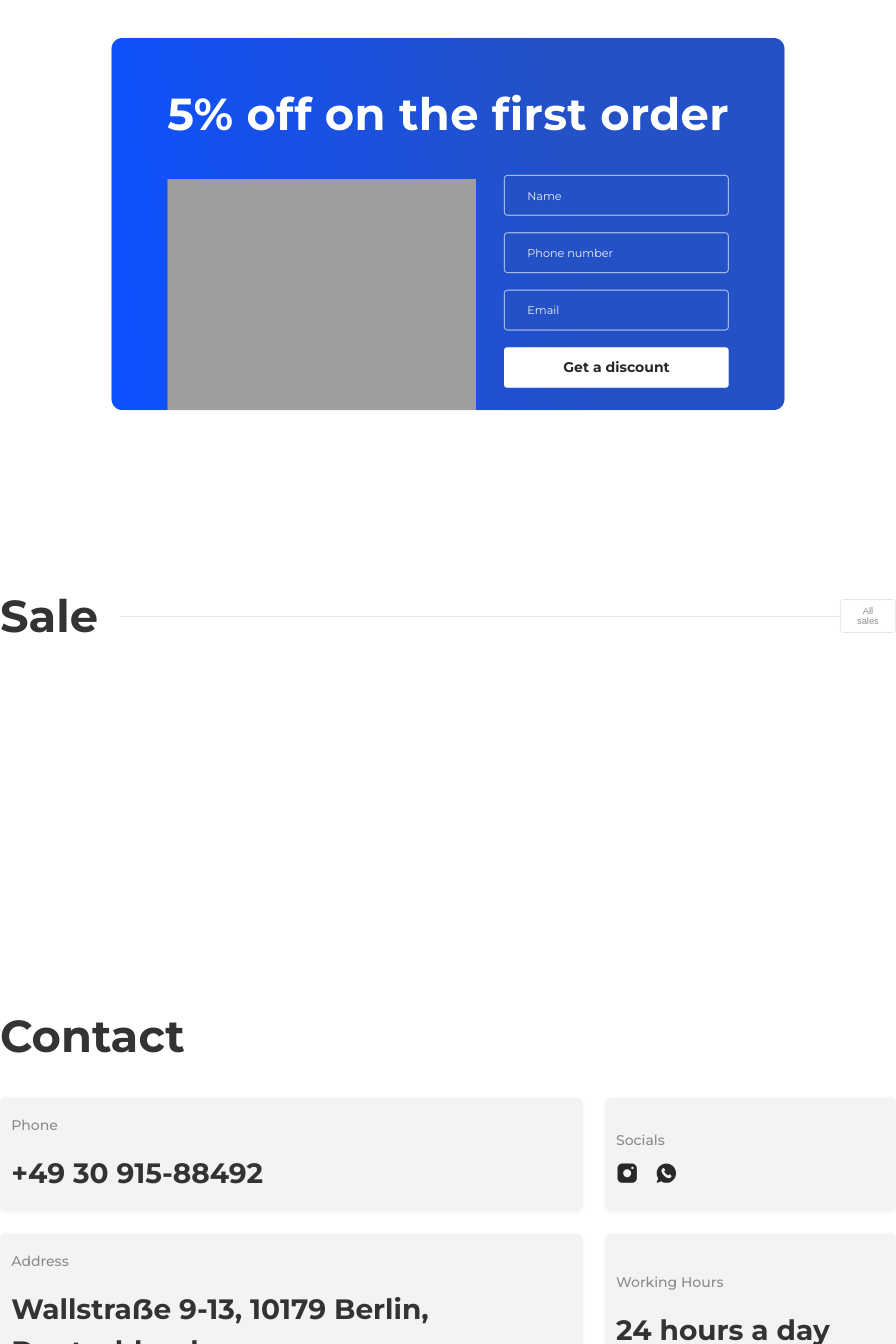
Repository: jursylian/PET-INTERNET-SHOP-PROJECT
Page: /
These files come from the project's save history. The page is drawn as it stood at one moment and after the next save; the edit follows.
The browser window is 1280 px wide. The pictures show the part of the page from y = 1480 to 3400 px (the page is 3856 px tall before and 3881 px after), at 70% of full size.
Pictures or frames that could not be fetched are drawn as grey boxes. The page's requests for data from a server got no answer. The project was rebuilt for these pictures with package versions that can differ from the ones it lists, and the page was loaded fresh each time. No one was signed in, and anything a server would have sent is missing. Also part of the build but not shown: vite.config.js, src/pages/CategoriesAll/CategoriesAll.module.css, src/layouts/PageSection/PageSection.module.css, src/layouts/PageSection/PageSection.jsx, src/pages/CategoriesAll/CategoriesAll.jsx, src/redux/productsSelectors.js, src/components/ProductFilter/ProductFilter.module.css, src/components/ProductFilter/ProductFilter.jsx and 22 more.

Above is the page before, as saved 2025-11-06 18:25:47.

After the next save:
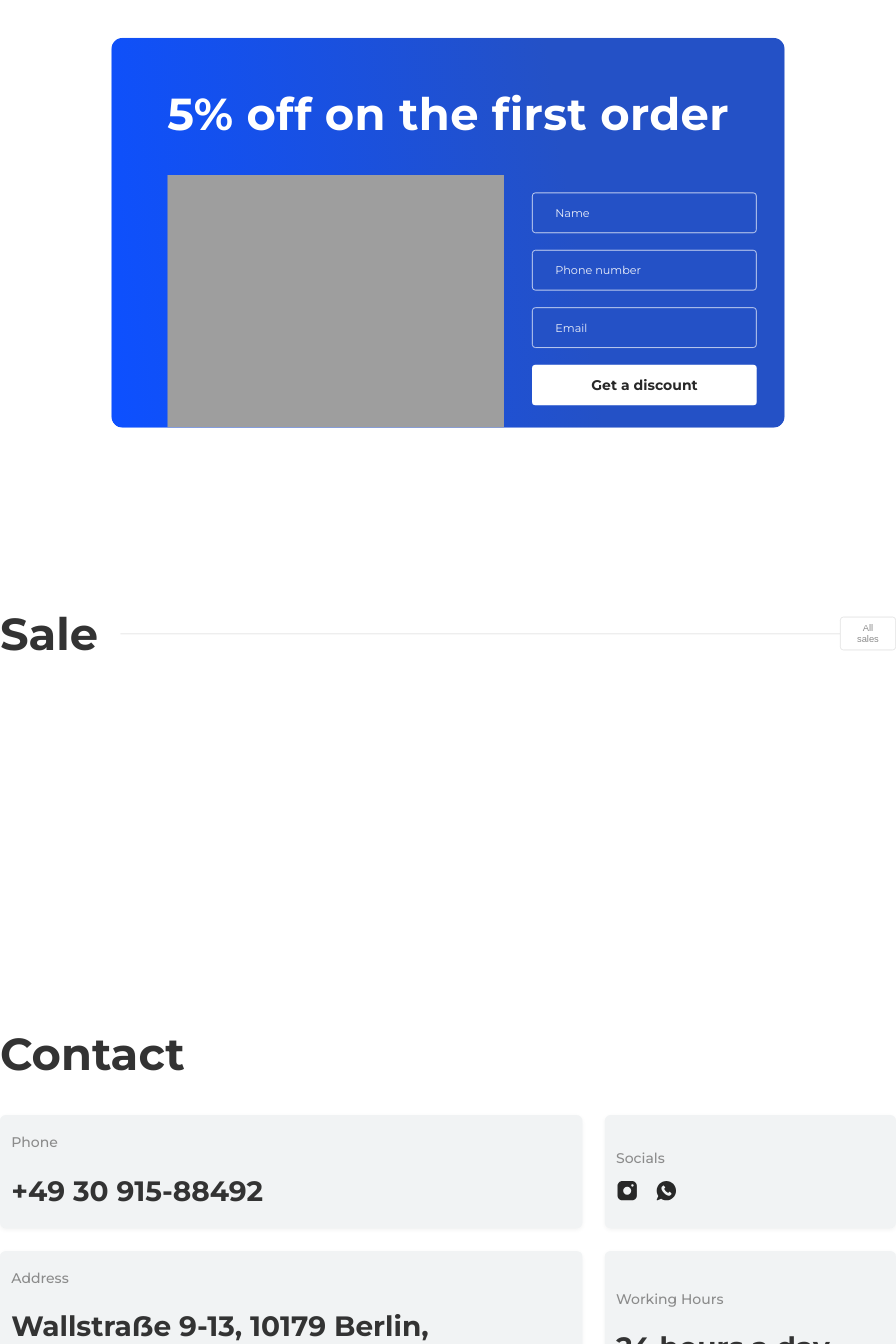
Saved 7 s later.
--- a/src/components/DiscountForm/DiscountForm.module.css
+++ b/src/components/DiscountForm/DiscountForm.module.css
@@ -35,7 +35,7 @@
 }
 
 .imageWrap {
-  flex: 2 2 60%;
+  flex: 0 0 60%;
   display: flex;
   align-items: flex-end;
   justify-content: flex-start;
